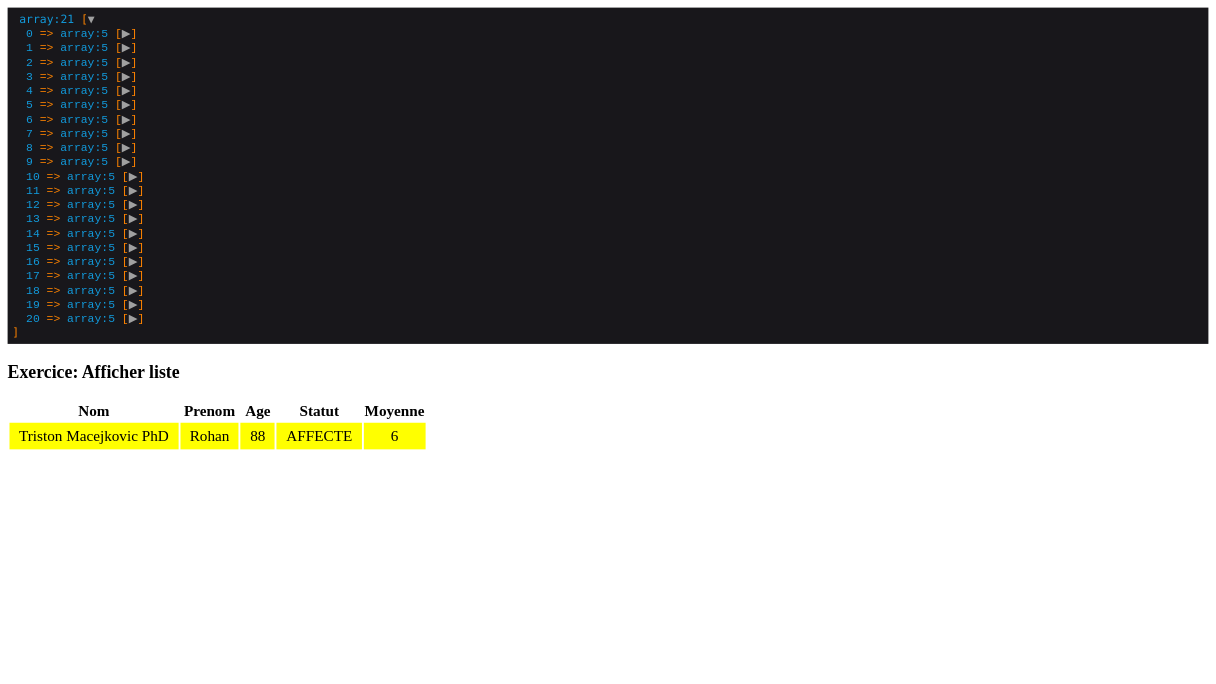
Repository: Bfabien99/PHPREPO
Page: http://localhost/
These files come from the project's save history. The page is drawn as it stood at one moment and after a run of saves; the edit follows.
The browser window is 1280 px wide. The pictures show the whole page, at 95% of full size.
The page is run by PHP 8.4 with error messages shown; the project is at /var/www/html/.

Above is the page before, as saved 2021-12-10 12:08:20.

After the next 2 saves:
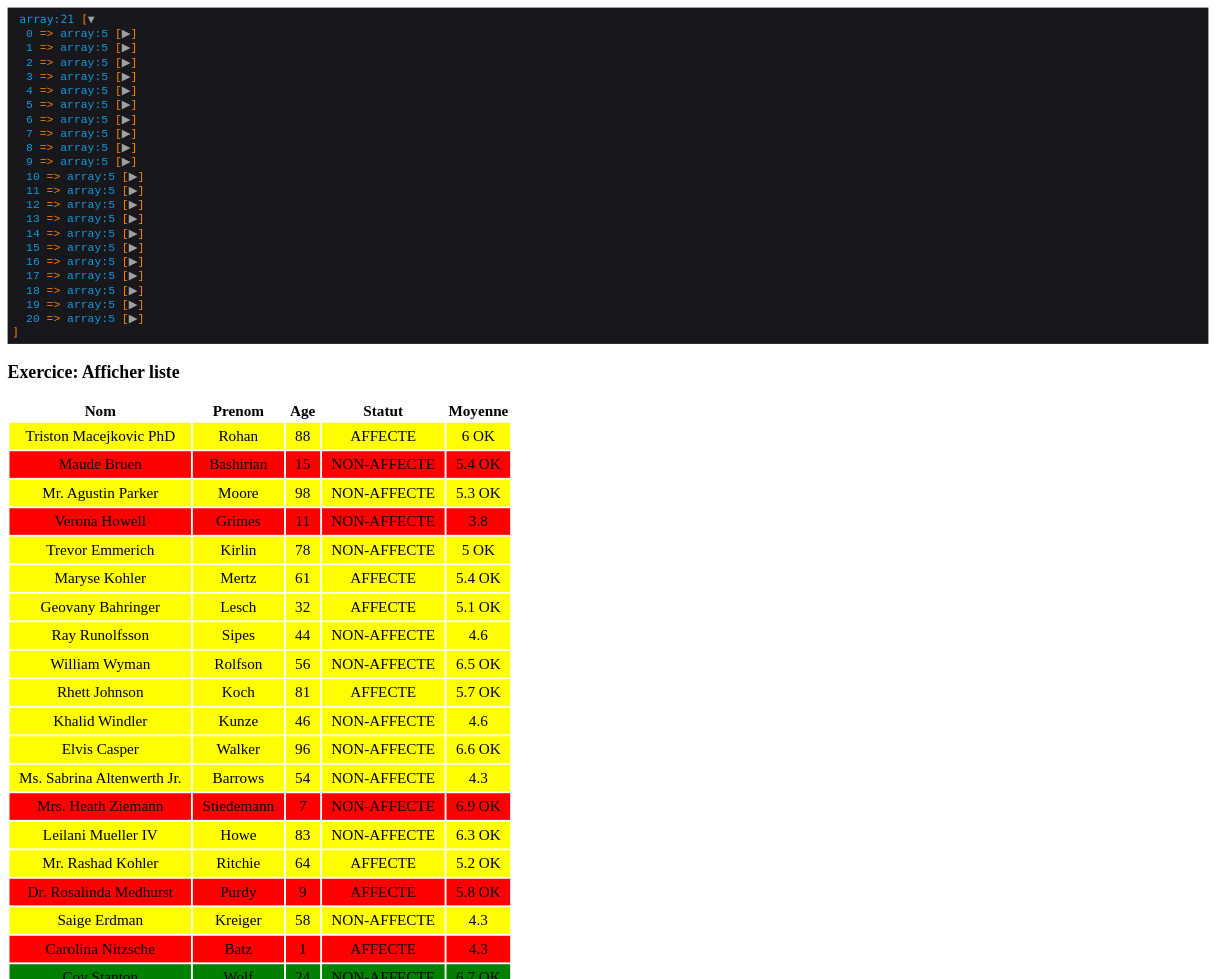
The 2 saves are shown as one change because they came seconds apart.
The last was saved 11 s later.
--- a/MakeFakeData/src/index.php
+++ b/MakeFakeData/src/index.php
@@ -105,7 +105,7 @@ function admis($moy){
                 <td><?=$value["prenom"]?></td>
                 <td><?= $value["age"] ?></td>
                 <td><?= $value["statut"] ?></td>
-				<td><?= $moy ?> <span class="<?= admis() ?>" > OK </span> </td>
+				<td><?= $moy ?> <span class="<?= admis($moy) ?>" > OK </span> </td>
             </tr>
 			<?php break;
 				case ($age > 25):
@@ -115,7 +115,7 @@ function admis($moy){
                 <td><?=$value["prenom"]?></td>
                 <td><?= $value["age"] ?></td>
                 <td><?= $value["statut"] ?></td>
-				<td><?= $moy ?> <span class="<?= admis() ?>" > OK </span> </td>
+				<td><?= $moy ?> <span class="<?= admis($moy) ?>" > OK </span> </td>
             </tr>
 			<?php
 			break;}
